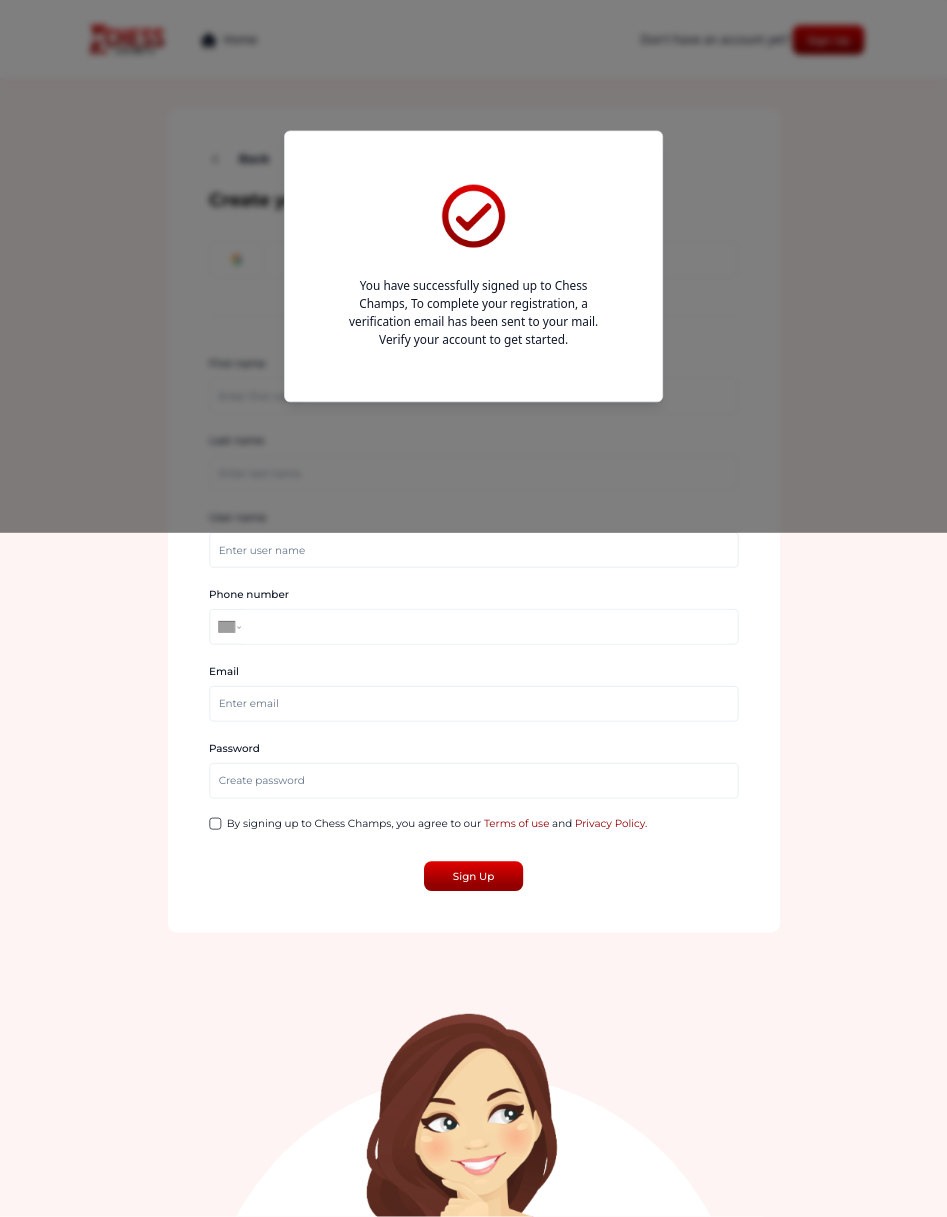
Repository: CelestinaUwajeh/chess-champ-fe
Page: /signup/parent
These files come from the project's save history. The page is drawn as it stood at one moment and after the next save; the edit follows.
The browser window is 1280 px wide. The pictures show the whole page, at 74% of full size.
Pictures or frames that could not be fetched are drawn as grey boxes. The project was rebuilt for these pictures with package versions that can differ from the ones it lists, and the page was loaded fresh each time. The framework's server and built-in components were replaced by stand-ins that run in the browser. Also part of the build but not shown: next.config.js, components/ui/button.tsx.

Above is the page before, as saved 2023-08-09 21:39:29.

After the next save:
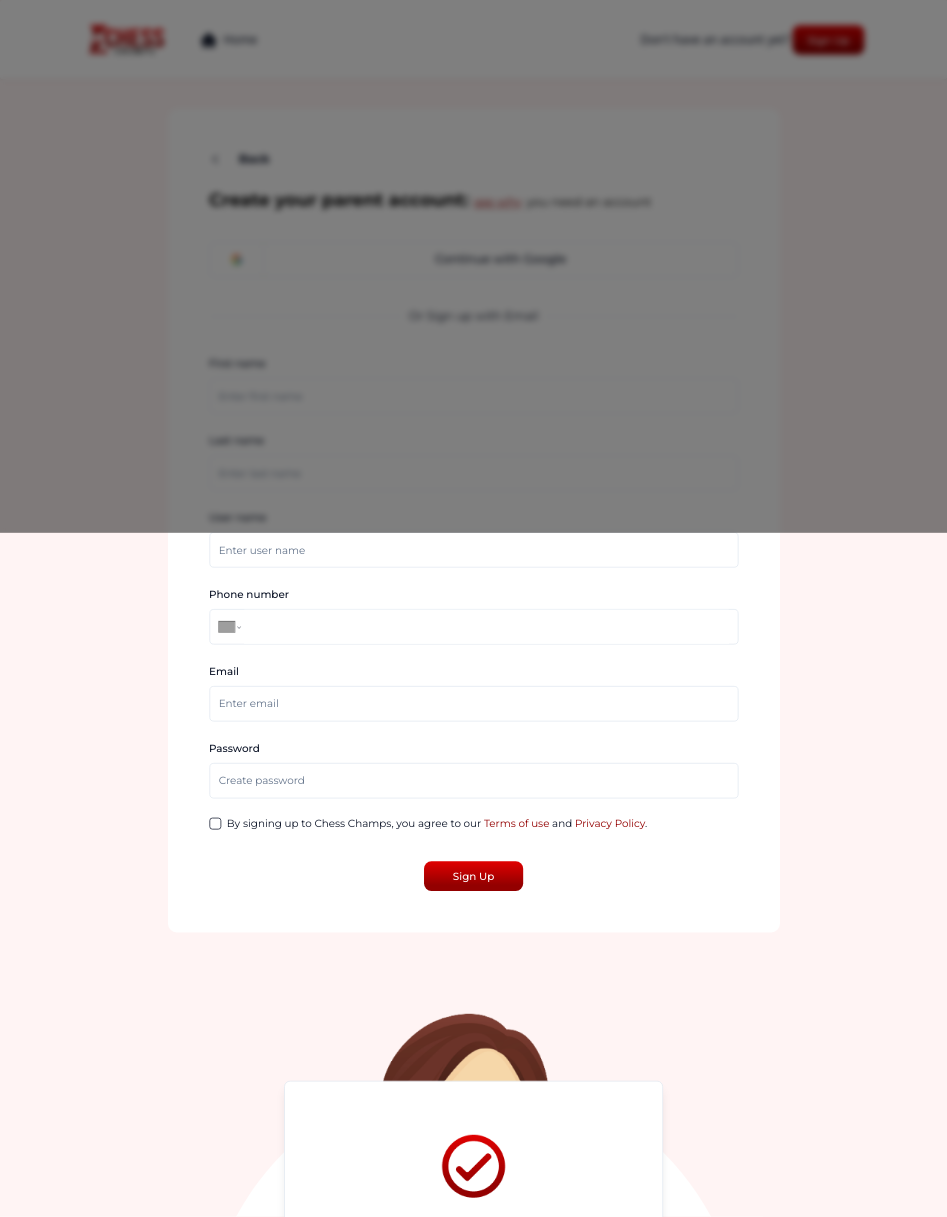
Saved 19 s later.
--- a/components/ui/dialogue.tsx
+++ b/components/ui/dialogue.tsx
@@ -49,7 +49,7 @@
     <AlertDialogPrimitive.Content
       ref={ref}
       className={cn(
-        "fixed left-[50%] top-[50%] z-50 grid w-full max-w-lg translate-x-[-50%] translate-y-[-50%] gap-4 border bg-background p-6 shadow-lg duration-200 data-[state=open]:animate-in data-[state=closed]:animate-out data-[state=closed]:fade-out-0 data-[state=open]:fade-in-0 data-[state=closed]:zoom-out-95 data-[state=open]:zoom-in-95 data-[state=closed]:slide-out-to-left-1/2 data-[state=closed]:slide-out-to-top-[48%] data-[state=open]:slide-in-from-left-1/2 data-[state=open]:slide-in-from-top-[48%] sm:rounded-lg md:w-full",
+        "fixed left-[50%] z-50 grid w-full max-w-lg translate-x-[-50%] translate-y-[-50%] gap-4 border bg-background p-6 shadow-lg duration-200 data-[state=open]:animate-in data-[state=closed]:animate-out data-[state=closed]:fade-out-0 data-[state=open]:fade-in-0 data-[state=closed]:zoom-out-95 data-[state=open]:zoom-in-95 data-[state=closed]:slide-out-to-left-1/2 data-[state=closed]:slide-out-to-top-[48%] data-[state=open]:slide-in-from-left-1/2 data-[state=open]:slide-in-from-top-[48%] sm:rounded-lg md:w-full",
         className
       )}
       {...props}

After the save that followed:
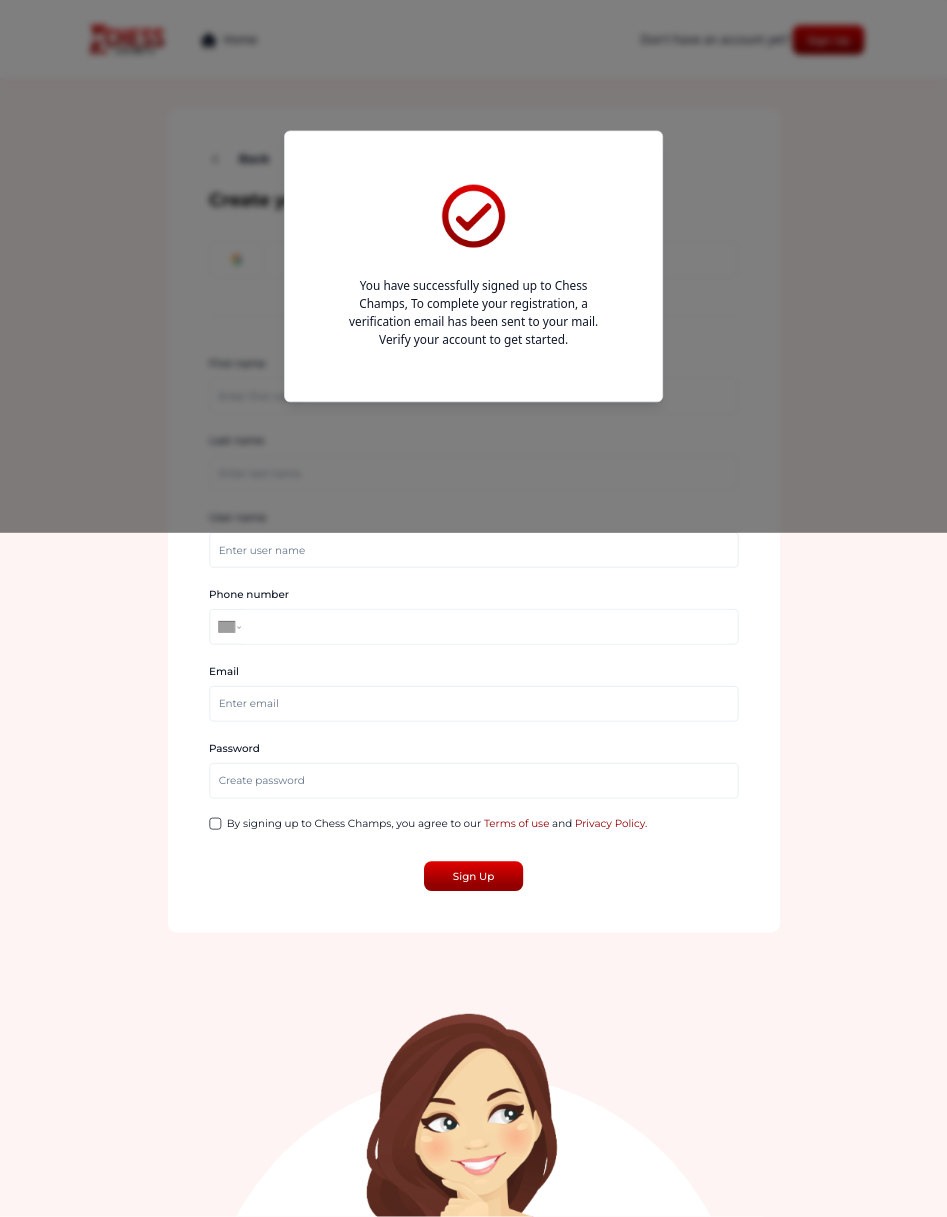
Saved 5 s later.
--- a/components/ui/dialogue.tsx
+++ b/components/ui/dialogue.tsx
@@ -49,7 +49,7 @@
     <AlertDialogPrimitive.Content
       ref={ref}
       className={cn(
-        "fixed left-[50%] z-50 grid w-full max-w-lg translate-x-[-50%] translate-y-[-50%] gap-4 border bg-background p-6 shadow-lg duration-200 data-[state=open]:animate-in data-[state=closed]:animate-out data-[state=closed]:fade-out-0 data-[state=open]:fade-in-0 data-[state=closed]:zoom-out-95 data-[state=open]:zoom-in-95 data-[state=closed]:slide-out-to-left-1/2 data-[state=closed]:slide-out-to-top-[48%] data-[state=open]:slide-in-from-left-1/2 data-[state=open]:slide-in-from-top-[48%] sm:rounded-lg md:w-full",
+        "fixed left-[50%] top-[50%] z-50 grid w-full max-w-lg translate-x-[-50%] translate-y-[-50%] gap-4 border bg-background p-6 shadow-lg duration-200 data-[state=open]:animate-in data-[state=closed]:animate-out data-[state=closed]:fade-out-0 data-[state=open]:fade-in-0 data-[state=closed]:zoom-out-95 data-[state=open]:zoom-in-95 data-[state=closed]:slide-out-to-left-1/2 data-[state=closed]:slide-out-to-top-[48%] data-[state=open]:slide-in-from-left-1/2 data-[state=open]:slide-in-from-top-[48%] sm:rounded-lg md:w-full",
         className
       )}
       {...props}
